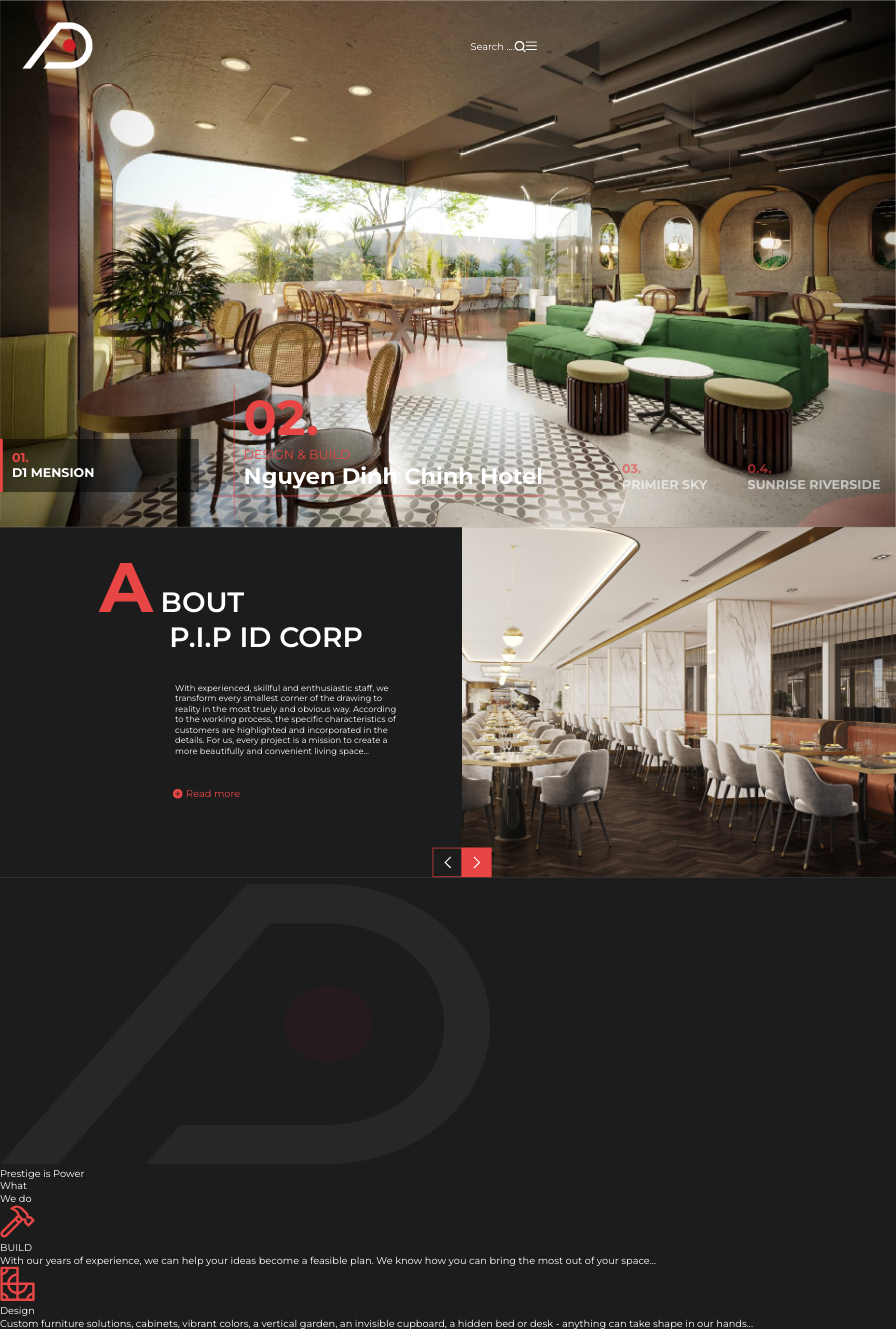
Repository: huudang2840/pipHomePage
Page: index.html
An editor plug-in stored every save of this project. The page is shown before and after the next save, followed by the edit.
The browser window is 1280 px wide. The pictures show the whole page, at 70% of full size.

Above is the page before, as saved 2023-03-21 14:46:26.

### index.html
<!DOCTYPE html>
<html lang="en">
  <head>
    <meta charset="UTF-8" />
    <meta http-equiv="X-UA-Compatible" content="IE=edge" />
    <meta name="viewport" content="width=device-width, initial-scale=1.0" />
    <title>Pip Home Page</title>

    <!-- CSS -->
    <link rel="stylesheet" href="style/style.css" />

    <!-- Fonts -->
    <link rel="preconnect" href="https://fonts.googleapis.com" />
    <link rel="preconnect" href="https://fonts.gstatic.com" crossorigin />
    <link
      href="https://fonts.googleapis.com/css2?family=Montserrat:wght@400;600;700&display=swap"
      rel="stylesheet"
    />
  </head>
  <body>
    <!-- Header -->
    <header class="header">
      <div class="header__img">
        <img src="/img/logo.png" alt="" />
      </div>
      <div class="header__option">
        <div class="option__search">
          <p>Search ....</p>
          <svg
            width="16"
            height="17"
            viewBox="0 0 16 17"
            fill="none"
            xmlns="http://www.w3.org/2000/svg"
          >
            <path
              d="M15.7189 14.9442L12.6438 11.8691C13.5758 10.6491 14.0869 9.16936 14.0871 7.60786C14.0871 5.72609 13.3542 3.95682 12.0234 2.62623C10.6928 1.29564 8.92376 0.562744 7.04176 0.562744C5.15999 0.562744 3.39072 1.29564 2.06013 2.62623C-0.68671 5.3733 -0.68671 9.84287 2.06013 12.5895C3.39072 13.9203 5.15999 14.6532 7.04176 14.6532C8.60326 14.653 10.0831 14.1419 11.3031 13.2099L14.3781 16.285C14.563 16.4701 14.8059 16.5627 15.0485 16.5627C15.2911 16.5627 15.5339 16.4701 15.7189 16.285C16.0892 15.9148 16.0892 15.3143 15.7189 14.9442ZM3.40091 11.2487C1.39344 9.24124 1.39368 5.97471 3.40091 3.96701C4.37339 2.99476 5.66649 2.4591 7.04176 2.4591C8.41726 2.4591 9.71012 2.99476 10.6826 3.96701C11.6551 4.93949 12.1908 6.23258 12.1908 7.60786C12.1908 8.98336 11.6551 10.2762 10.6826 11.2487C9.71012 12.2212 8.41726 12.7568 7.04176 12.7568C5.66649 12.7568 4.37339 12.2212 3.40091 11.2487Z"
              fill="white"
            />
          </svg>
        </div>
        <div class="option__lang"></div>
        <div class="option__menu">
          <svg
            width="16"
            height="13"
            viewBox="0 0 16 13"
            fill="none"
            xmlns="http://www.w3.org/2000/svg"
          >
            <path
              d="M16 10.9167V12.25H0V10.9167H16ZM16 5.58333V6.91667H0V5.58333H16ZM16 0.25V1.58333H0V0.25H16Z"
              fill="white"
            />
          </svg>
        </div>
        <div class="option__share"></div>
      </div>
    </header>

    <!-- Main -->
    <section>
      <div class="intro">
        <div class="intro__background">
          <img src="/img/page1.png" alt="" srcset="" id="masked" />
        </div>
        <div class="intro__list">
          <div class="list__left">
            <div>
              <span>
                <p>01.</p>
                <p>D1 Mension</p>
              </span>
            </div>
            <div>
              <span id="active_intro">
                <h1>02.</h1>
                <p>Design & build</p>
                <h1>Nguyen Dinh Chinh Hotel</h1>
                <div class="border__box"></div>
              </span>
            </div>
          </div>

          <div class="list__right">
            <div>
              <span>
                <p>03.</p>
                <p>Primier Sky</p>
              </span>
            </div>
            <div>
              <span>
                <p>0.4.</p>
                <p>Sunrise Riverside</p>
              </span>
            </div>
          </div>
        </div>
      </div>
      <div class="about">
        <div class="about__left">
          <span>
            <span>
              <h1><span class="text-red">A</span> bout</h1>
            </span>
            <h1 class="ml-100">P.I.P ID CORP</h1>
          </span>
          <span class="about__left__textaera">
            <p>
              With experienced, skillful and enthusiastic staff, we transform every smallest corner
              of the drawing to reality in the most truely and obvious way. According to the working
              process, the specific characteristics of customers are highlighted and incorporated in
              the details. For us, every project is a mission to create a more beautifully and
              convenient living space…
            </p>
          </span>
          <div class="read-more">
            <svg
              width="14"
              height="14"
              viewBox="0 0 14 14"
              fill="none"
              xmlns="http://www.w3.org/2000/svg"
            >
              <path
                d="M7 0C3.14005 0 0 3.14005 0 7C0 10.86 3.14005 14 7 14C10.86 14 14 10.86 14 7C14 3.14005 10.86 0 7 0ZM10.0625 7.5833H7.5833V10.0625C7.5833 10.3845 7.32204 10.6458 7 10.6458C6.67796 10.6458 6.4167 10.3845 6.4167 10.0625V7.5833H3.9375C3.61546 7.5833 3.3542 7.32204 3.3542 7C3.3542 6.67796 3.61546 6.4167 3.9375 6.4167H6.4167V3.9375C6.4167 3.61546 6.67796 3.3542 7 3.3542C7.32204 3.3542 7.5833 3.61546 7.5833 3.9375V6.4167H10.0625C10.3845 6.4167 10.6458 6.67796 10.6458 7C10.6458 7.32204 10.3845 7.5833 10.0625 7.5833Z"
                fill="#E84545"
              />
            </svg>
            <p>Read more</p>
          </div>
          <div class="arrow_prev">
            <svg
              width="11"
              height="18"
              viewBox="0 0 11 18"
              fill="none"
              xmlns="http://www.w3.org/2000/svg"
            >
              <path d="M10 17L2 9L10 1" stroke="white" stroke-width="1.6" />
            </svg>
          </div>
        </div>
        <div class="about__right">
          <img src="/img/about.jpeg" alt="" />
          <div class="arrow_next">
            <svg
              width="11"
              height="18"
              viewBox="0 0 11 18"
              fill="none"
              xmlns="http://www.w3.org/2000/svg"
            >
              <path d="M1 1L9 9L1 17" stroke="white" stroke-width="1.6" />
            </svg>
          </div>
        </div>
      </div>
      <div class="wedo">
        <div class="wedo__top">
          <div class="wedo__top__logo">
            <img src="/img/logo2.png" alt="" srcset="" />
          </div>
          <h2 class="wedo__top__text">Prestige is Power</h2>
        </div>
        <div class="wedo__bottom">
          <h2 class="wedo__bottom__text">What</h2>
          <h2 class="wedo__bottom__text">We do</h2>

          <div class="wedo__bottom__build">
            <svg
              width="50"
              height="48"
              viewBox="0 0 50 48"
              fill="none"
              xmlns="http://www.w3.org/2000/svg"
            >
              <path
                d="M48.9873 21.1033L44.931 17.0479C44.6268 16.7437 44.2209 16.5625 43.7911 16.5386L40.962 16.3804L40.8901 13.6863C40.8782 13.2385 40.6953 12.8113 40.3783 12.4951L32.3717 4.48853C30.1056 2.22241 27.0927 0.973145 23.8875 0.973145C23.8849 0.973145 23.8823 0.973145 23.8798 0.973145C20.6754 0.974854 17.6633 2.22412 15.3989 4.48853C14.9683 4.91919 14.7922 5.54126 14.9341 6.13257C15.0759 6.72559 15.5151 7.20068 16.0936 7.39038C22.7092 9.54797 24.1731 12.4049 24.6757 15.0402L2.11755 37.5984C-0.0357666 39.7517 -0.0357666 43.2551 2.11755 45.4084C4.27087 47.5618 7.77429 47.5618 9.92761 45.4084L28.4667 26.8694C28.4674 26.8686 28.4685 26.8684 28.4692 26.8677C28.47 26.8669 28.4702 26.8659 28.4709 26.8651L32.5843 22.7518L34.5305 22.804L34.6976 25.6372C34.7224 26.0645 34.9036 26.4695 35.2069 26.772L39.2632 30.8274C39.605 31.1692 40.0527 31.3401 40.5005 31.3401C40.9482 31.3401 41.396 31.1692 41.7378 30.8274L48.9873 23.5779C49.3154 23.2498 49.5 22.8054 49.5 22.3406C49.5 21.8757 49.3154 21.4314 48.9873 21.1033ZM38.1523 24.7673L37.978 21.8125C37.9532 21.3853 37.7721 20.9802 37.4688 20.6777L36.6296 19.8386C36.285 19.5467 35.8884 19.3765 35.4393 19.3259L32.6357 19.2507L28.1915 14.8074C27.6429 11.4988 26.0912 7.94067 20.2883 5.26782C21.3983 4.74829 22.6194 4.47485 23.8823 4.47314H23.8875C26.157 4.47314 28.2915 5.35669 29.8971 6.96313L37.4106 14.4758L37.4858 17.3025C37.5493 17.7349 37.6595 18.1839 37.9918 18.4919L37.9952 18.4886C37.9967 18.4901 37.997 18.4922 37.9985 18.4937L38.8265 19.3208C39.1307 19.625 39.5366 19.8062 39.9656 19.8301L42.929 19.9958L45.2754 22.3406L40.5005 27.1155L38.1523 24.7673ZM7.453 42.9338C6.66345 43.7234 5.38171 43.7234 4.59216 42.9338C3.80347 42.1443 3.80347 40.8625 4.59216 40.073L21.8961 22.7691L24.7569 25.6299L7.453 42.9338ZM27.2315 23.1553L24.3707 20.2945L26.5492 18.116L29.41 20.9768L27.2315 23.1553Z"
                fill="#E84545"
              />
            </svg>
            <h3>BUILD</h3>
            <p>
              With our years of experience, we can help your ideas become a feasible plan. We know
              how you can bring the most out of your space...
            </p>
          </div>
          <div class="wedo__bottom__design">
            <svg
              width="50"
              height="50"
              viewBox="0 0 50 50"
              fill="none"
              xmlns="http://www.w3.org/2000/svg"
            >
              <path
                d="M47.75 23.25H26.75V2.25C26.75 1.28357 25.9664 0.5 25 0.5H2.25C1.28357 0.5 0.5 1.28357 0.5 2.25V47.75C0.5 48.7164 1.28357 49.5 2.25 49.5H47.75C48.7164 49.5 49.5 48.7164 49.5 47.75V39V25C49.5 24.0336 48.7164 23.25 47.75 23.25ZM46 37.4081C41.6125 38.1488 38.1488 41.6125 37.4081 46H26.75V39.7627C33.554 38.9605 38.9605 33.554 39.7627 26.75H46V37.4081ZM46 46H40.9713C41.6062 43.5433 43.5433 41.6062 46 40.9713V46ZM4 12.5919C8.3875 11.8512 11.8512 8.3875 12.5919 4H23.25V10.2373C16.446 11.0395 11.0395 16.446 10.2373 23.25H4V12.5919ZM4 4H9.02869C8.3938 6.45667 6.45667 8.3938 4 9.02869V4ZM23.25 26.75V36.226C18.3799 35.4688 14.5312 31.6201 13.774 26.75H23.25ZM26.75 26.75H36.2408C35.4855 31.6218 31.6204 35.4564 26.75 36.2148V26.75ZM23.25 23.25H13.7852C14.5436 18.3796 18.3782 14.5145 23.25 13.7592V23.25ZM4 46V40.9713C6.45667 41.6062 8.3938 43.5433 9.02869 46H4ZM4 37.4081V26.75H10.2373C11.0395 33.554 16.446 38.9605 23.25 39.7627V46H12.5919C11.8512 41.6125 8.3875 38.1488 4 37.4081Z"
                fill="#E84545"
              />
            </svg>
            <h3>Design</h3>
            <p>
              Custom furniture solutions, cabinets, vibrant colors, a vertical garden, an invisible
              cupboard, a hidden bed or desk - anything can take shape in our hands...
            </p>
          </div>
        </div>
      </div>
      <div class="projects"></div>
      <div class="customer"></div>
      <div class="contact"></div>
    </section>

    <!-- Footer -->
    <footer></footer>
  </body>
  <script src="/js/index.js"></script>
</html>

### style/style.css
:root {
  --color-bg: #1c1c1c;
  --color-red: #e84545;
}
* {
  margin: 0;
  padding: 0;
  color: white;
  font-family: "Montserrat", sans-serif;
  font-size: 14px;
  font-weight: 400;
  list-style: none;
}
/* Header */
.header {
  position: fixed;
  display: flex;
  width: 100%;
  background-color: transparent;
  justify-content: space-between;
  align-items: center;
  z-index: 10;
  padding: 32px;
}
.header__img {
  flex: 1;
}
.header__img > img {
  width: 100px;
  height: 66px;
}
#masked {
  z-index: 10;
  /* background-color: black; */
  /* background: radial-gradient(50% 50% at 50% 50%, rgba(0, 0, 0, 0) 0%, #000000 100%); */

  /* -webkit-mask-image: radial-gradient(
    circle at 50% 50%,
    rgb(0, 0, 0) 40%,
    rgba(0, 0, 0, 0.617) 70%
  ); */

  /* -webkit-mask-image: radial-gradient(circle at center, red 0, blue, green 100%); */
}

.header__option {
  flex: 1;
  width: 100px;
  height: 66px;
  display: flex;
  align-items: center;
}

.option__search {
  display: flex;
}
.option__menu {
  width: 50px;
}

/* Intro */
.intro {
  position: relative;
}
.intro__background {
  height: 100%;
  width: 100%;
}

.intro__background > img {
  width: 100%;
  object-fit: cover;
  display: block;
}
.intro__list {
  display: flex;
  width: 100%;
  position: absolute;
  bottom: 50px;
  justify-content: space-between;
}

.intro__list span {
  height: 100%;
  display: flex;
  flex-direction: column;
  justify-content: center;
  padding-left: 13px;
}
.intro__list span > * {
  font-size: 18px;
  font-weight: 700;
  text-transform: uppercase;
  z-index: 10;
}
.intro__list span > p:nth-child(1) {
  color: var(--color-red);
}
.list__left {
  display: flex;
  flex: 2;
}
.list__left div:nth-child(1) {
  height: 76px;
  width: 280px;
  align-self: end;
  border-left: 4px solid var(--color-red);
  background: rgb(0, 0, 0, 0.5);
}

.list__right {
  display: flex;
  flex: 1;
  align-self: flex-end;
  opacity: 0.6;
  justify-content: space-around;
}

#active_intro {
  margin-left: 50px;
  border-bottom: 1px solid var(--color-red);
  border-left: 1px solid var(--color-red);
  position: relative;
  padding-bottom: 5px;
}
#active_intro h1:nth-child(1) {
  font-size: 70px;
  color: var(--color-red);
}
#active_intro p {
  font-size: 18px;
  font-weight: 400;
  color: var(--color-red);
}
#active_intro h1:nth-child(3) {
  font-size: 32px;
  text-transform: none;
}

.border__box {
  position: absolute;
  left: -31px;
  bottom: -31px;
  height: 30px;
  width: 30px;
  border-top: 1px solid var(--color-red);
  border-right: 1px solid var(--color-red);
}
/* About */
.about {
  background-color: var(--color-bg);
  display: flex;
  height: 500px;
}
.about__left {
  flex: 1;
  padding-top: 60px;
  display: flex;
  flex-direction: column;
  align-items: center;
  position: relative;
}
.arrow_prev {
  display: flex;
  position: absolute;
  height: 40px;
  width: 40px;
  border: 1.6px solid var(--color-red);
  align-items: center;
  justify-content: center;
  bottom: 0;
  right: 0;
}
.text-red {
  font-weight: 700;
  font-size: 100px;
  /* line-height: 195px; */
  color: var(--color-red);
}
.about__left h1 {
  font-weight: 600;
  font-size: 40px;
  text-transform: uppercase;
  line-height: 50px;
}
.text-about {
  display: flex;
}
.about__right {
  flex: 1;
  position: relative;
}
.arrow_next {
  display: flex;
  position: absolute;
  height: 40px;
  width: 40px;
  border: 1.6px solid var(--color-red);
  background-color: var(--color-red);
  align-items: center;
  justify-content: center;
  bottom: 0;
  left: 1;
}
.about__right > img {
  height: 100%;
  width: 100%;
  object-fit: cover;
}
.about__left__textaera {
  margin-top: 40px;
}
.about__left__textaera p {
  margin-left: 250px;
  margin-right: 90px;
  width: 320px;
  overflow-wrap: break-word;
  font-size: 12px;
}
.read-more {
  display: flex;
  margin-top: 45px;
  margin-right: 70px;
  align-items: center;
}
.read-more p {
  margin-left: 5px;
  color: var(--color-red);
}
.ml-100 {
  margin-left: 100px;
}

/* Wedo */
.wedo {
  background-color: var(--color-bg);
}

.wedo__top__logo {
  padding-top: 10px;
  opacity: 0.05;
}

.wedo__top__logo img {
  width: 700px;
  height: 400px;
}

Loaded but not shown: js/index.js (no copy from this time; the picture is the same without it)

After the next save:
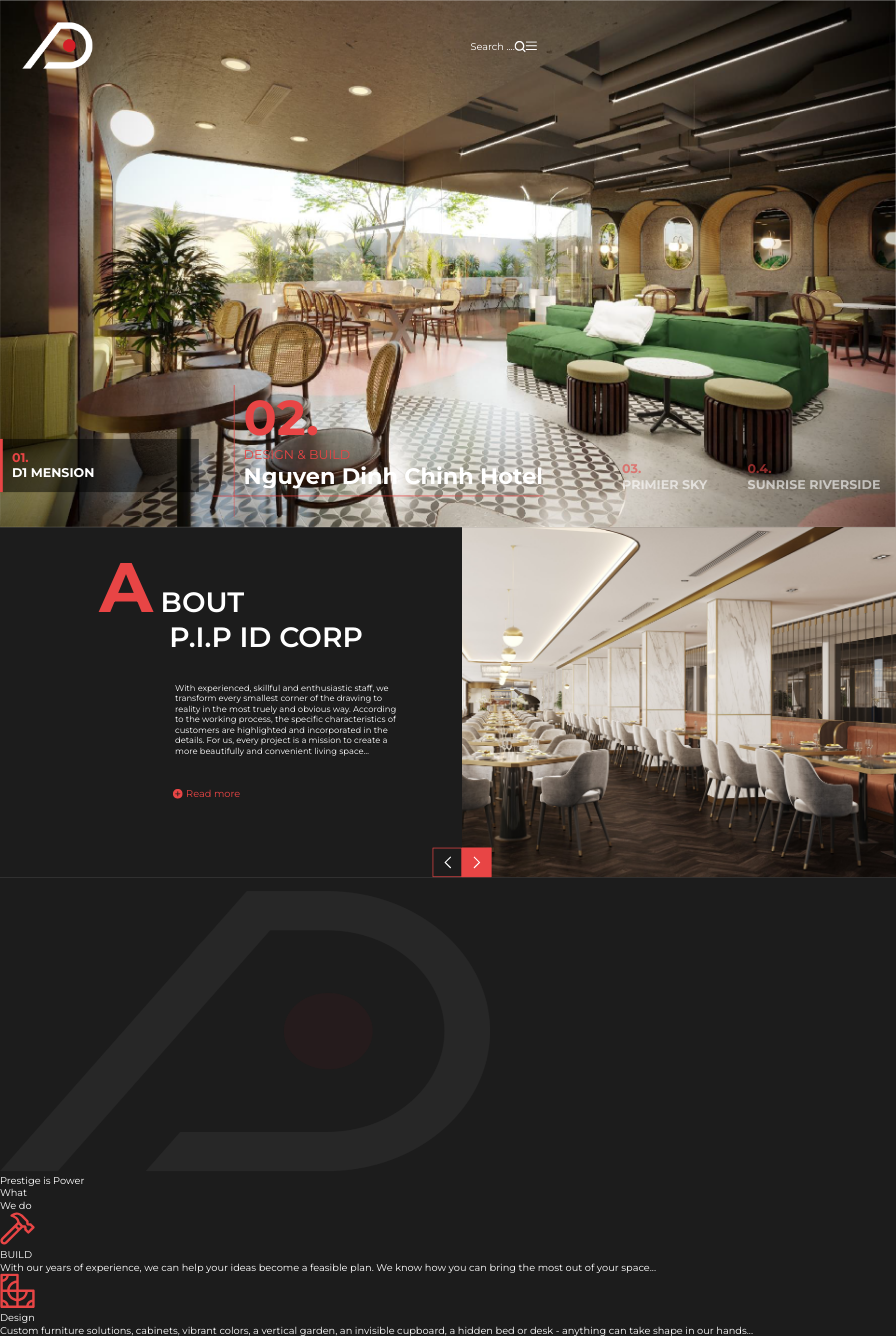
Saved 7 s later.
--- a/style/style.css
+++ b/style/style.css
@@ -237,7 +237,7 @@
 }
 
 .wedo__top__logo {
-  padding-top: 10px;
+  padding-top: 20px;
   opacity: 0.05;
 }
 
